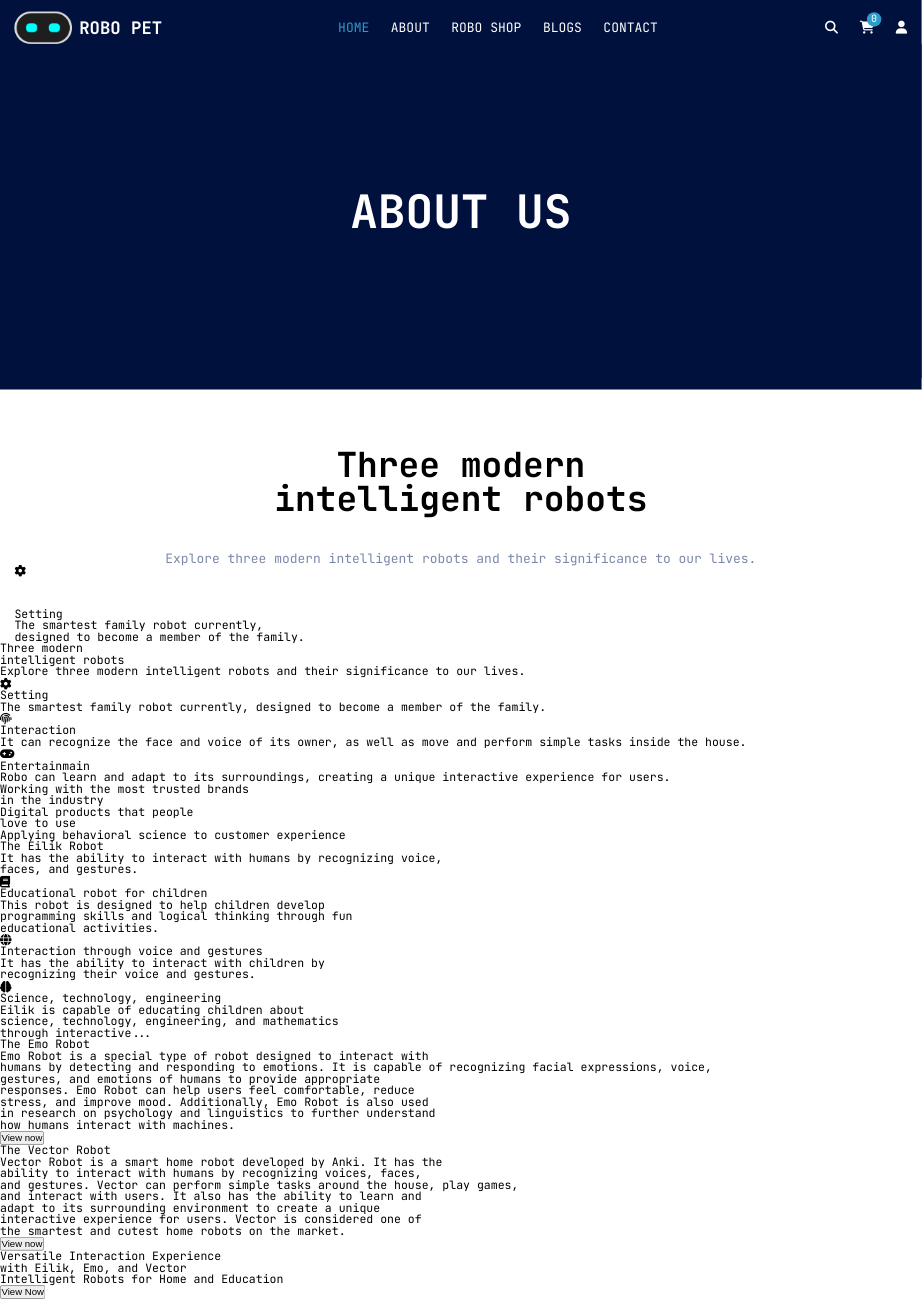
Repository: trietle101/du-an-1
Page: http://localhost/about.html
The author's editor kept a copy of each file at every save. The page is drawn from the files as they stood at one save, then again after the next save.
The browser window is 1280 px wide. The pictures show the whole page, at 72% of full size.
Some web libraries are served in a nearby version. The page is run by PHP 8.4 with error messages shown; the project is at /var/www/html/.

Above is the page before, as saved 2023-03-12 22:26:26.

### about.html
<!DOCTYPE html>
<html lang="en">
  <head>
    <meta charset="UTF-8" />
    <meta http-equiv="X-UA-Compatible" content="IE=edge" />
    <meta name="viewport" content="width=device-width, initial-scale=1.0" />
    <title>About</title>
    <link rel="stylesheet" href="assets/css/reset.css" />
    <link rel="preconnect" href="https://fonts.googleapis.com" />
    <link rel="preconnect" href="https://fonts.gstatic.com" crossorigin />
    <link rel="stylesheet" href="assets/css/about.css">
    <link
      href="https://fonts.googleapis.com/css2?family=JetBrains+Mono:wght@300;400;500;700&display=swap"
      rel="stylesheet"
    />
    <script
      src="https://kit.fontawesome.com/08ee78edd1.js"
      crossorigin="anonymous"
    ></script>
  </head>
  <body>
    <header class="header">
      <div class="container">
        <nav class="header-nav">
          <a href="#" class="header-logo">
            <img src="assets/img/logo.png" />
            <span>ROBO PET</span>
          </a>

          <ul class="nav__list">
            <li class="nav__item">
              <a href="#" class="nav__link active">Home</a>
            </li>
            <li class="nav__item">
              <a href="#" class="nav__link">About</a>
            </li>
            <li class="nav__item">
              <a href="#" class="nav__link">Robo shop</a>
            </li>
            <li class="nav__item">
              <a href="#" class="nav__link">Blogs</a>
            </li>
            <li class="nav__item">
              <a href="#" class="nav__link">Contact</a>
            </li>
          </ul>

          <ul class="nav__list">
            <li class="nav__item">
              <a href="" class="nav__link"
                ><i class="fa-solid fa-magnifying-glass"></i
              ></a>
            </li>
            <li class="nav__item">
              <a href="" class="nav__link absolute">
                <i class="fa-solid fa-cart-shopping"></i>
                <span>0</span>
              </a>
            </li>
            <li class="nav__item">
              <a href="" class="nav__link"><i class="fa-solid fa-user"></i></a>
            </li>
          </ul>
        </nav>
      </div>
      <div class="header-banner">
        <div class="container">
          <h1 class="banner-title">ABOUT US</h1>
        </div>
      </div>
    </header>
    <section class="modern">
      <div class="container">
        <h2 class="modern-title">Three modern <br> intelligent robots</h2>
        <p class="modern-desc">Explore three modern intelligent robots and their significance to our lives.</p>
        <div class="modern-box">
          <div class="modern-item">
            <i class="fa-solid fa-gear"></i>
            <h3 class="modern-box-title">Setting</h3>
            <p class="modern-box-desc">The smartest family robot currently, designed to become a member of the family.</p>
          </div>
        </div>
      </div>
    </section>

    <!--phần banner-->
    <div class="banner">
           </div>
           <div class="name2">
            <h2>Three modern <br>
              intelligent robots</h2>
            <p>Explore three modern intelligent robots and their significance to our lives.</p>

        <div class="box-top">
            <div class="namebox">
                <i class="fa-solid fa-gear"></i>
                <h3>Setting</h3>
                <p>The smartest family robot currently, designed to become a member of the family.</p>
            </div>


            <div  class="namebox">
              <i class="fa-solid fa-fingerprint"></i>
                <h3>Interaction</h3>
                <p>It can recognize the face and voice of its owner, as well as move and perform simple tasks inside the house.</p>
            </div>


            <div class="namebox">
              <i class="fa-solid fa-gamepad"></i>
                <h3>Entertainmain</h3>
                <p>Robo can learn and adapt to its surroundings, creating a unique interactive experience for users.</p>
            </div>
        </div>

        <div class="name2">
          <h2>Working with the most trusted brands <br> in the industry</h2>
        </div>

        <div class="banner2">
        </div>
        <div class="namebanner2">
          <h4>Digital products that people <br> love to use</h4>
          <p>Applying behavioral science to customer experience</p>
          <div class="box-text">
            <h5>The Eilik Robot</h5>
            <p>It has the ability to interact with humans by recognizing voice,<br> faces, and gestures.</p>
               <div class="box-content">
                <i class="fa-solid fa-book"></i>
                <h6>Educational robot for children</h6>
                <p>This robot is designed to help children develop <br> programming skills and logical thinking through fun <br> educational activities.</p>
               </div>

               <div class="box-content">
                <i class="fa-solid fa-globe"></i>
                <h6>Interaction through voice and gestures</h6>
                <p>It has the ability to interact with children by <br> recognizing their voice and gestures.</p>
               </div>

               <div class="box-content">
                <i class="fa-solid fa-brain"></i>
                <h6>Science, technology, engineering</h6>
                <p> Eilik is capable of educating children about <br> science, technology, engineering, and mathematics <br> through interactive...</p>
               </div>

          </div>
          <div class="box-content2">
            <h6>The Emo Robot</h6>
            <p>Emo Robot is a special type of robot designed to interact with <br> humans by detecting and responding to emotions.

              It is capable of recognizing facial expressions, voice,<br>  gestures, and emotions of humans to provide appropriate <br> responses. Emo Robot can help users feel comfortable, reduce <br> stress, and improve mood. Additionally, Emo Robot is also used <br> in research on psychology and linguistics to further understand <br> how humans interact with machines.</p>
          </div>

          <button>View now</button>

          <div class="box-content3">
            <h6>The Vector Robot</h6>
            <p>Vector Robot is a smart home robot developed by Anki. It has  the <br> ability to interact with humans by recognizing voices, faces, <br> and gestures.

              Vector can perform simple tasks around the house, play games, <br> and interact with users. It also has the ability to learn and <br> adapt to its surrounding environment to create a unique <br> interactive experience for users. Vector is considered one of <br> the smartest and cutest home robots on the market.</p>
              <button>View now</button>
            </div>
        </div>
        <div class="endbanner">
          <h2>Versatile Interaction Experience <br> with Eilik, Emo, and Vector</h2>
                <p>Intelligent Robots for Home and Education</p>
                <button>View Now</button>
        </div>
  </body>
  <script src="assets/script/script.js"></script>
</html>

### assets/css/reset.css
/* http://meyerweb.com/eric/tools/css/reset/
   v2.0 | 20110126
   License: none (public domain)
*/
html,
body,
div,
span,
applet,
object,
iframe,
h1,
h2,
h3,
h4,
h5,
h6,
p,
blockquote,
pre,
a,
abbr,
acronym,
address,
big,
cite,
code,
del,
dfn,
em,
img,
ins,
kbd,
q,
s,
samp,
small,
strike,
strong,
sub,
sup,
tt,
var,
b,
u,
i,
center,
dl,
dt,
dd,
ol,
ul,
li,
fieldset,
form,
label,
legend,
table,
caption,
tbody,
tfoot,
thead,
tr,
th,
td,
article,
aside,
canvas,
details,
embed,
figure,
figcaption,
footer,
header,
hgroup,
menu,
nav,
output,
ruby,
section,
summary,
time,
mark,
audio,
video {
  margin: 0;
  padding: 0;
  border: 0;
  font-size: 100%;
  font: inherit;
  vertical-align: baseline;
}

/* HTML5 display-role reset for older browsers */
article,
aside,
details,
figcaption,
figure,
footer,
header,
hgroup,
menu,
nav,
section {
  display: block;
}

body {
  line-height: 1;
}

ol,
ul {
  list-style: none;
}

blockquote,
q {
  quotes: none;
}

blockquote:before,
blockquote:after,
q:before,
q:after {
  content: "";
  content: none;
}

table {
  border-collapse: collapse;
  border-spacing: 0;
}

*,
*:after,
*:before {
  margin: 0;
  padding: 0;
  box-sizing: border-box;
}
ul,
li {
  list-style-type: none;
}
a {
  text-decoration: none;
}

### assets/css/about.css
:root {
  --primary-color: #00113d;
  --secondary-color: #2e9cca;
}

html {
  box-sizing: border-box;
}

img {
  display: block;
  max-width: 100%;
}

body {
  font-family: "JetBrains Mono", sans-serif;
  min-height: 100vh;
  margin: 0;
}
header {
  background: var(--primary-color);
  padding: 1em 0;
  width: 100%;
}
.container {
  max-width: 1240px;
  margin: 0 auto;
}

.header-nav {
  display: flex;
  justify-content: space-between;
  align-items: center;
  flex-wrap: nowrap;
}

.header-logo {
  display: flex;
  justify-content: center;
  align-items: center;
}

.header-logo span {
  text-decoration: none;
  color: #fff;
  font-size: 24px;
  font-weight: bold;
  margin-right: 0.5em;
  margin-left: 10px;
}

.nav__list {
  display: flex;
  justify-content: space-between;
  align-items: center;
  flex-wrap: nowrap;
}

.nav__item:not(:first-child) {
  margin-left: 30px;
}

.nav__link {
  color: #fff;
  text-decoration: none;
  text-transform: uppercase;
  transition: 0.3s ease-in-out;
  font-size: 18px;
}

.nav__link.active {
  color: var(--secondary-color);
}

.nav__link:hover {
  color: var(--secondary-color);
}

.nav__link:hover span {
  color: var(--secondary-color);
  background-color: #fff;
}

.nav__link.absolute {
  position: relative;
}

.nav__link span {
  position: absolute;
  display: inline-block;
  background-color: var(--secondary-color);
  width: 20px;
  height: 20px;
  font-size: 14px;
  text-align: center;
  padding-top: 2px;
  border-radius: 50%;
  top: -10px;
  left: 10px;
  transition: 0.3s ease-in-out;
}

.line-effect {
  width: 0;
  height: 2px;
  background-color: var(--secondary-color);
  position: fixed;
  pointer-events: none;
  transition: all 0.25s linear;
}
.header-banner {
  width: 100%;
  max-height: 500px;
  margin: 0 auto;
  background-color: #00113d;
  padding: 200px 0;
}
.banner-title {
  font-weight: 700;
  font-size: 64px;
  color: #fff;
  text-transform: uppercase;
  text-align: center;
}
.modern {
  padding-top: 80px;
}
.modern-title {
  font-weight: 700;
  font-size: 48px;
  text-align: center;
}
.modern-desc {
  font-weight: 400;
  font-size: 18px;
  color: #7b88a8;
  text-align: center;
  margin-top: 50px;
}
.modern-box {
  display: flex;
  justify-content: space-between;
  align-items: center;
  flex-wrap: nowrap;
}
.modern-item {
  max-width: 33.33%;
}
.modern-item i {
  width: 60px;
  height: 60px;
}

### assets/script/script.js
window.addEventListener("load", function () {
  // --- Menu ---
  const links = [...document.querySelectorAll(".nav__link")];
  links.forEach((item) => item.addEventListener("mouseenter", handleHoverLink));
  const line = document.createElement("div");
  line.classList = "line-effect";
  document.body.appendChild(line);

  function handleHoverLink(event) {
    const { left, top, width, height } = event.target.getBoundingClientRect();
    const offsetBottom = 5;
    line.style.width = `${width}px`;
    line.style.left = `${left}px`;
    line.style.top = `${top + height + offsetBottom}px`;
  }
  const menu = document.querySelector(".nav__list");
  menu.addEventListener("mouseleave", function () {
    line.style.width = 0;
  });

  const nav = document.querySelectorAll(".nav__link");
  nav.forEach((item) => {
    item.addEventListener("click", () => {
      nav.forEach((item) => {
        item.classList.remove("active");
      });
      item.classList.add("active");
    });
  });
});

After the next save:
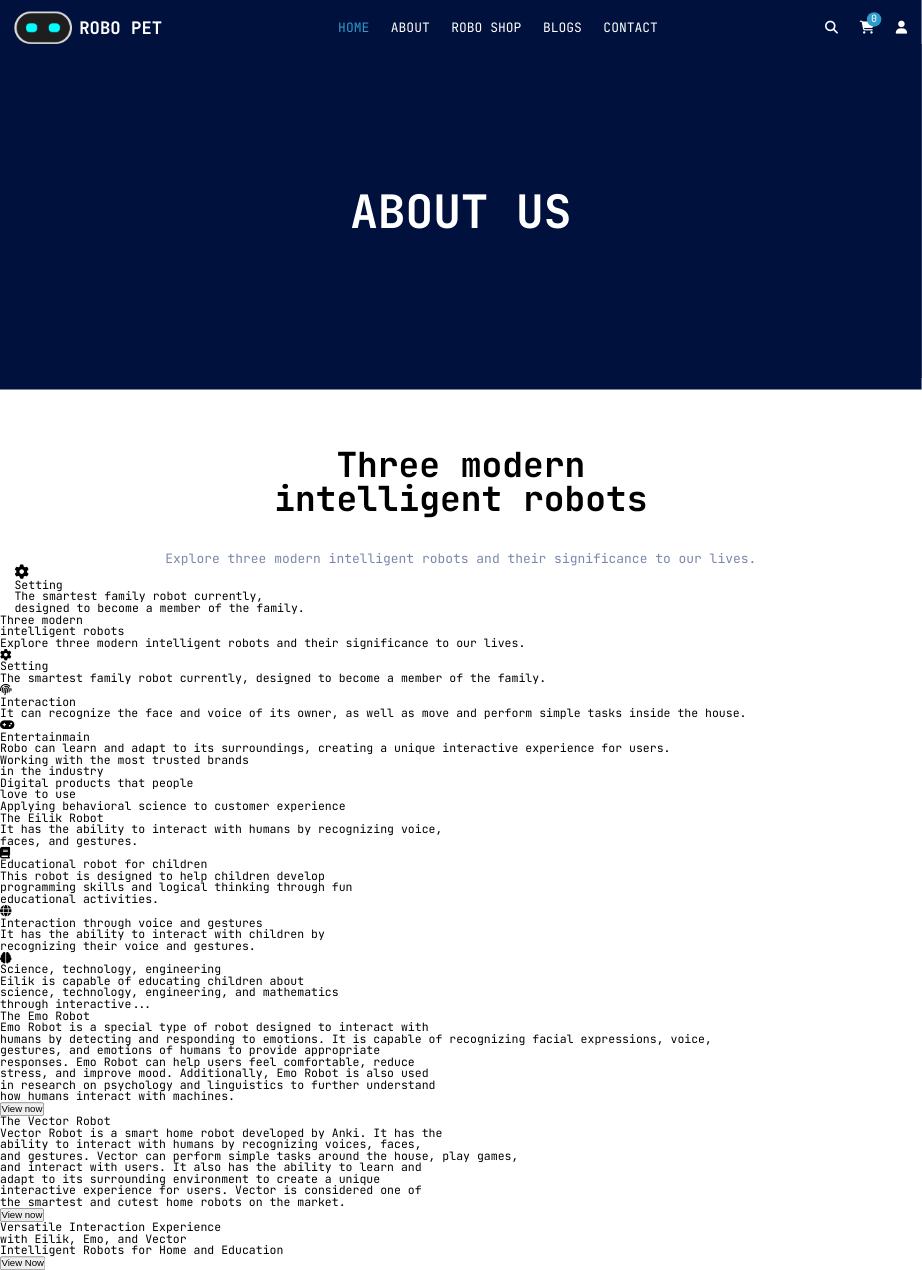
Saved 15 s later.
--- a/assets/css/about.css
+++ b/assets/css/about.css
@@ -147,6 +147,5 @@
   max-width: 33.33%;
 }
 .modern-item i {
-  width: 60px;
-  height: 60px;
+  font-size: 20px;
 }
